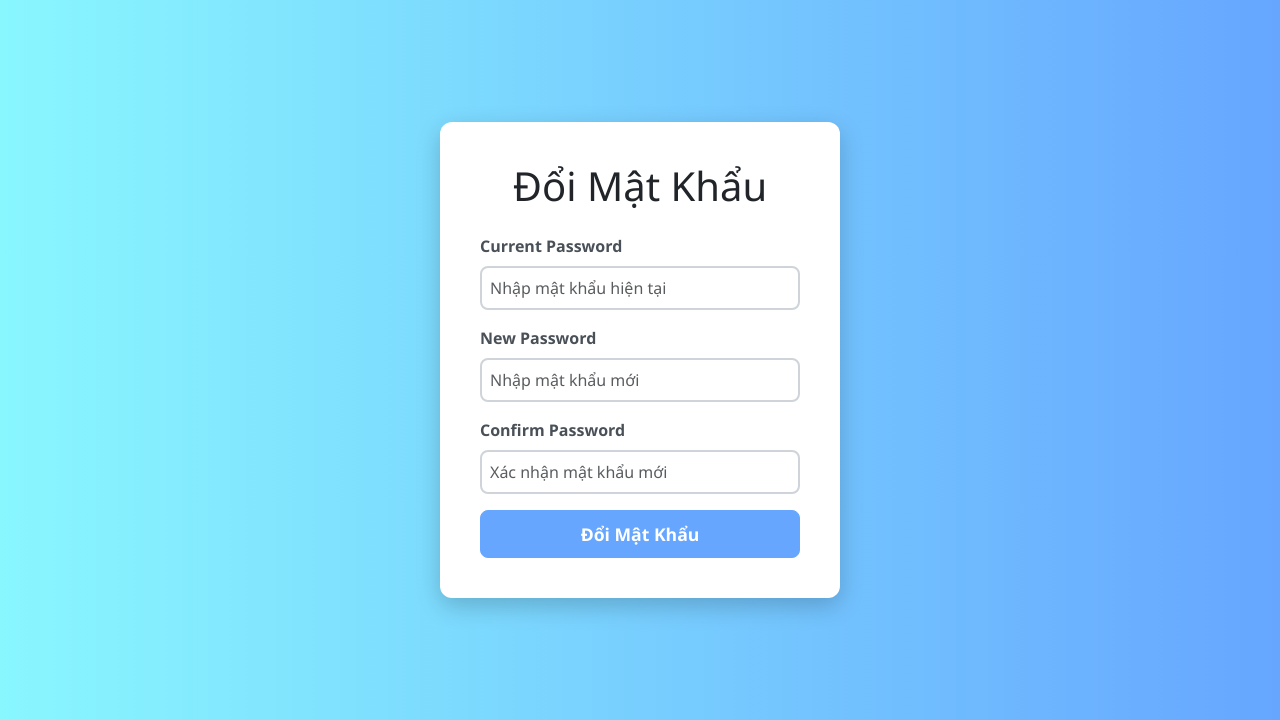
Repository: manhtdxxx/Tour-Booking-Webapp
Page: http://localhost/bookingTour/changepassword.jsp
These files come from the project's save history. The page is drawn as it stood at one moment and after a run of saves; the edit follows.
The browser window is 1280 px wide. The pictures show the whole page.
The page is served by Tomcat 9.

Above is the page before, as saved 2024-11-11 04:40:12.

After the next 2 saves:
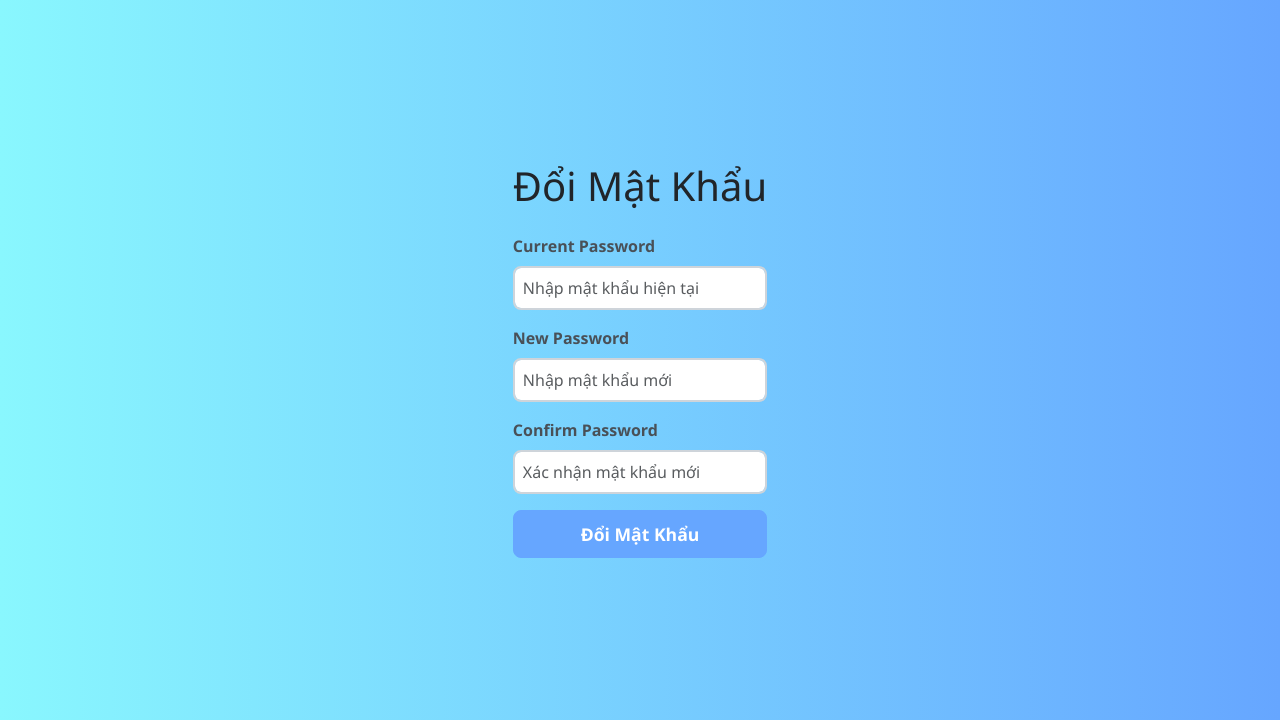
The 2 saves are shown as one change because they came seconds apart.
The last was saved 51 s later.
--- a/bookingTour/src/main/webapp/changepassword.jsp
+++ b/bookingTour/src/main/webapp/changepassword.jsp
@@ -16,7 +16,7 @@ body {
 	font-family: 'Segoe UI', Tahoma, Geneva, Verdana, sans-serif;
 }
 /* Form container styling */
-.form-container {
+.container {
 	max-width: 450px;
 	padding: 2.5rem;
 	background-color: #ffffff;
@@ -28,7 +28,7 @@ body {
 	position: relative;
 }
 /* Hover effect on container */
-.form-container:hover {
+.container:hover {
 	transform: scale(1.02);
 }
 /* Header style */
